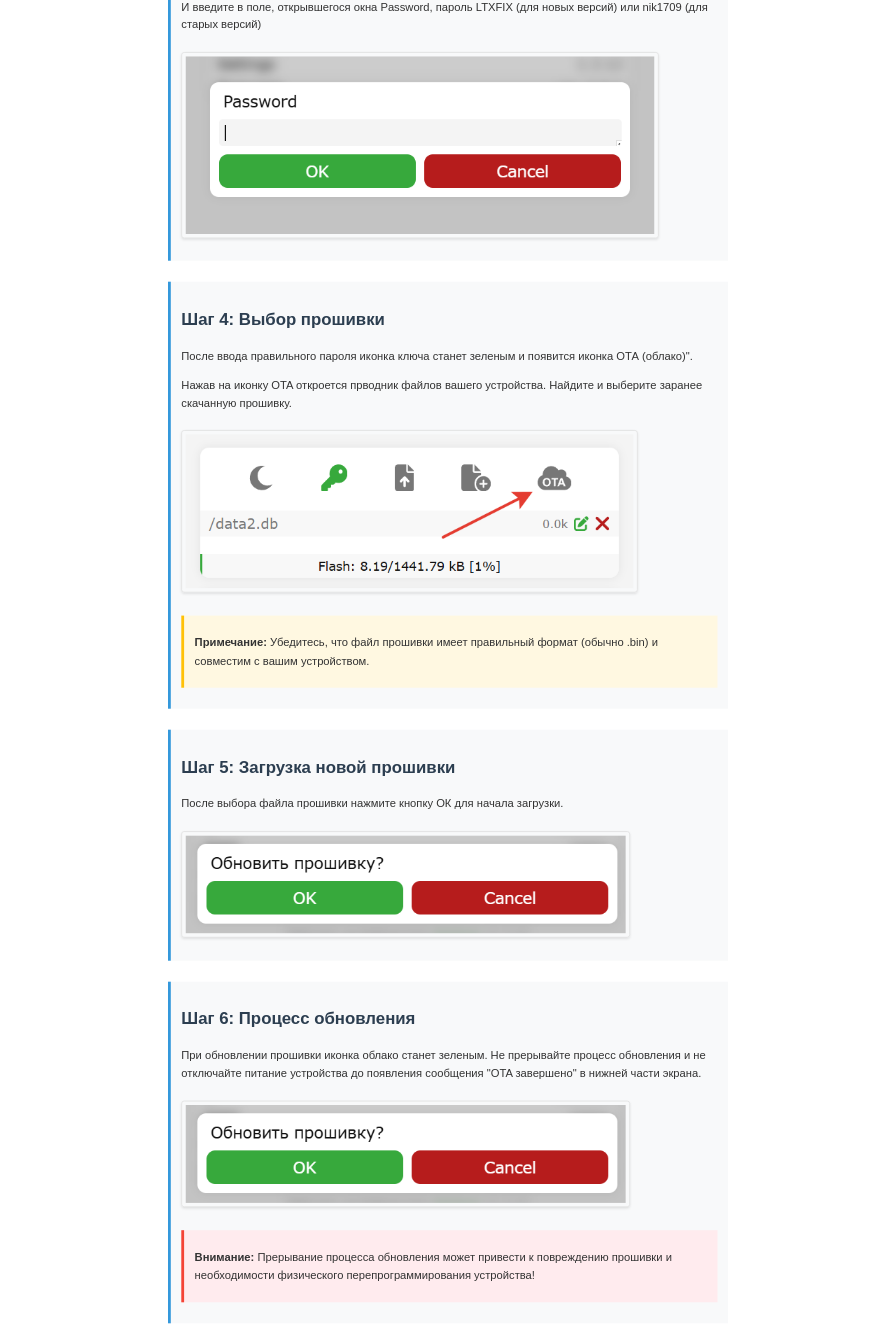
Repository: NikElectronics/ELIXStoFIX
Page: firware.html
The author's editor kept a copy of each file at every save. The page is drawn from the files as they stood at one save, then again after the next save.
The browser window is 1280 px wide. The pictures show the part of the page from y = 1789 to 3689 px (the page is 5327 px tall before and 5465 px after), at 70% of full size.
A picture or video elsewhere on the page could not be fetched, so the positions and the page height are approximate.

Above is the page before, as saved 2025-10-22 09:05:03.

### firware.html
<!DOCTYPE html>
<html lang="ru">

<head>
    <meta charset="UTF-8">
    <meta name="viewport" content="width=device-width, initial-scale=1.0">
    <title>Инструкция по OTA-обновлению</title>
    <style>
        body {
            font-family: Arial, sans-serif;
            line-height: 1.6;
            max-width: 800px;
            margin: 0 auto;
            padding: 20px;
            color: #333;
        }

        h1,
        h2,
        h3 {
            color: #2c3e50;
        }

        .step {
            margin-bottom: 30px;
            padding: 15px;
            border-left: 4px solid #3498db;
            background-color: #f8f9fa;
        }

        .screenshot {
            max-width: 100%;
            border: 1px solid #ddd;
            border-radius: 4px;
            padding: 5px;
            margin: 10px 0;
            box-shadow: 0 2px 4px rgba(0, 0, 0, 0.1);
        }

        .note {
            background-color: #fff8e1;
            border-left: 4px solid #ffc107;
            padding: 10px 15px;
            margin: 15px 0;
        }

        .warning {
            background-color: #ffebee;
            border-left: 4px solid #f44336;
            padding: 10px 15px;
            margin: 15px 0;
        }

        code {
            background-color: #f5f5f5;
            padding: 2px 4px;
            border-radius: 3px;
            font-family: monospace;
        }
    </style>
</head>

<body>
    <h1>Инструкция по загрузке прошивки через OTA</h1>

    <div class="step">
        <h2>Шаг 1: Подключение к устройству</h2>
        <p>Убедитесь, что устройство включено и подключено к Wi-Fi сети. В коде указано, что устройство создает точку
            доступа с именем "Makita" и паролем "12345678".</p>
        <div class="note">
            <p><strong>Примечание:</strong> В коде устройства заданы следующие настройки:</p>
            <ul>
                <li>SSID: <code>Makita</code></li>
                <li>Пароль: <code>12345678</code></li>
                <li>Режим: Точка доступа (AP)</li>
            </ul>
        </div>
        <p>Подключитесь к Wi-Fi сети устройства с любого устройства (компьютера, телефона или планшета)</p>

    </div>

    <div class="step">
        <h2>Шаг 2: Открытие меню</h2>
        <p>Откройте меню нажав на кнопку указанную на рисунке ниже. </p>
        <img src="images/menu.png" alt="Главная страница веб-интерфейса" class="screenshot">
    </div>

    <div class="step">
        <h2>Шаг 3: Ввод пароля администратора.</h2>
        <p>После открытия меню нажмите кнопку ключ указанную на рисунке.</p>
        <img src="images/menu_open.png" alt="Главная страница веб-интерфейса" class="screenshot">
        <p>И введите в поле, открывшегося окна Password, пароль LTXFIX (для новых версий) или nik1709 (для старых
            версий)</p>
        <img src="images/password.png" alt="Главная страница веб-интерфейса" class="screenshot">
    </div>

    <div class="step">
        <h2>Шаг 4: Выбор прошивки</h2>
        <p>После ввода правильного пароля иконка ключа станет зеленым и появится иконка ОТА (облако)".</p>
        <p>Нажав на иконку OTA откроется прводник файлов вашего устройства. Найдите и выберите заранее скачанную
            прошивку.</p>
        <img src="images/pass_good.png" alt="Раздел программатора" class="screenshot">
        <div class="note">
            <p><strong>Примечание:</strong> Убедитесь, что файл прошивки имеет правильный формат (обычно .bin) и
                совместим с вашим устройством.</p>
        </div>
    </div>

    <div class="step">
        <h2>Шаг 5: Загрузка новой прошивки</h2>
        <p>После выбора файла прошивки нажмите кнопку ОК для начала загрузки. </p>
        <img src="images/firmware.png" alt="Интерфейс загрузки прошивки" class="screenshot">

    </div>

    <div class="step">
        <h2>Шаг 6: Процесс обновления</h2>
        <p>При обновлении прошивки иконка облако станет зеленым. Не прерывайте процесс обновления и не отключайте
            питание устройства до появления сообщения "OTA завершено" в нижней части экрана.</p>
        <img src="images/firmware.png" alt="Процесс обновления прошивки" class="screenshot">
        <div class="warning">
            <p><strong>Внимание:</strong> Прерывание процесса обновления может привести к повреждению прошивки и
                необходимости физического перепрограммирования устройства!</p>
        </div>
    </div>

    <div class="step">
        <h2>Шаг 7: Завершение обновления</h2>
        <p>После успешной загрузки прошивки устройство обычно перезагружается автоматически. Если этого не произошло, вы
            можете перезагрузить устройство вручную с помощью кнопки "Перезагрузить" в веб-интерфейсе.</p>
        <img src="screenshot5.png" alt="Успешное завершение обновления" class="screenshot">
    </div>

    <div class="step">
        <h2>Шаг 8: Проверка новой версии</h2>
        <p>После перезагрузки снова откройте веб-интерфейс и проверьте, что версия прошивки изменилась на новую. В коде
            устройства версия задана как "ver. 2.0.1".</p>
        <img src="screenshot6.png" alt="Проверка версии прошивки" class="screenshot">
    </div>

    <div class="note">
        <h3>Дополнительная информация</h3>
        <p>В коде устройства реализована система лицензирования через серийный номер. Если после обновления возникают
            проблемы с лицензией, проверьте правильность введенного ключа в разделе программатора.</p>
        <p>Также в коде предусмотрена возможность блокировки прошивки от чтения через UART/JTAG (функция
            FirmwareLock()), которая может быть активирована через веб-интерфейс.</p>
    </div>

    <div class="warning">
        <h3>Важные предупреждения</h3>
        <ul>
            <li>Всегда сохраняйте резервную копию текущей рабочей прошивки перед обновлением</li>
            <li>Убедитесь, что источник прошивки надежный и файл не поврежден</li>
            <li>Не прерывайте процесс обновления</li>
            <li>Убедитесь, что устройство имеет стабильное питание во время обновления</li>
        </ul>
    </div>
</body>

</html>

After the next save:
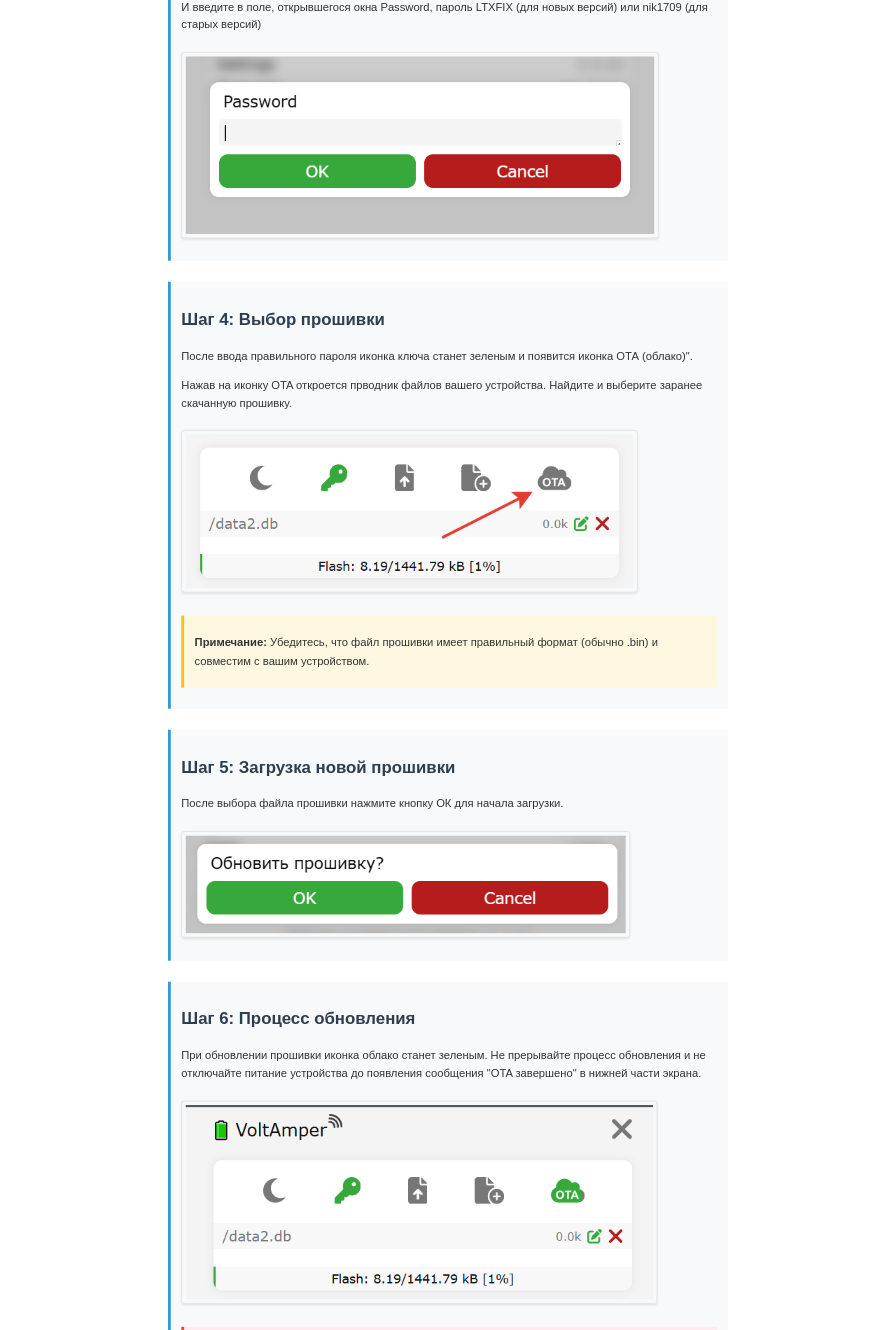
Saved 2 min 0 s later.
--- a/firware.html
+++ b/firware.html
@@ -117,7 +117,7 @@
         <h2>Шаг 6: Процесс обновления</h2>
         <p>При обновлении прошивки иконка облако станет зеленым. Не прерывайте процесс обновления и не отключайте
             питание устройства до появления сообщения "OTA завершено" в нижней части экрана.</p>
-        <img src="images/firmware.png" alt="Процесс обновления прошивки" class="screenshot">
+        <img src="images/green.png" alt="Процесс обновления прошивки" class="screenshot">
         <div class="warning">
             <p><strong>Внимание:</strong> Прерывание процесса обновления может привести к повреждению прошивки и
                 необходимости физического перепрограммирования устройства!</p>
